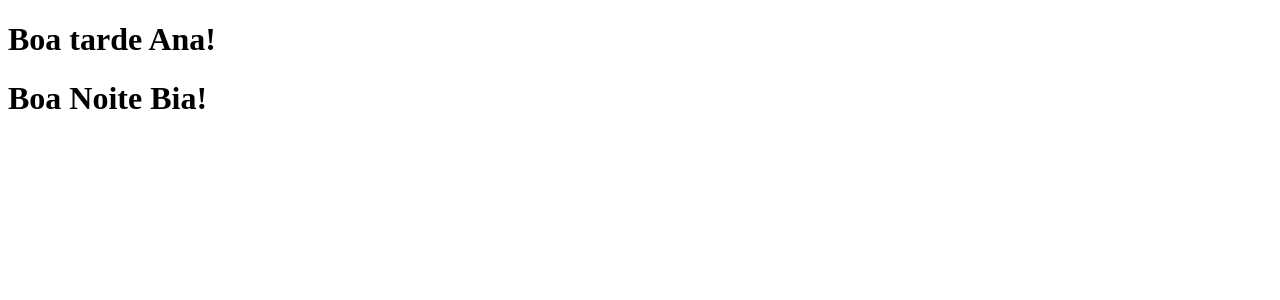
Repository: eversonps/react-fundamentos
Page: / (app in v2/exercicios/)
The author's editor kept a copy of each file at every save. The page is drawn from the files as they stood at one save, then again after a run of saves.
The browser window is 1280 px wide. The pictures show the whole page.
The project was rebuilt for these pictures with package versions that can differ from the ones it lists, and the page was loaded fresh each time.

Above is the page before, as saved 2022-03-21 15:25:24.

### v2/exercicios/src/index.js
import React from "react";
import ReactDOM from "react-dom";

import Multi, {BoaNoite} from "./componentes/Multiplos"

ReactDOM.render(
    <div>
        <Multi.BoaTarde nome="Ana" />
        <BoaNoite nome="Bia" />
    </div>,
    document.getElementById("root")
)

### v2/exercicios/src/componentes/Multiplos.jsx
export const BoaTarde = props => <h1>Boa tarde {props.nome}!</h1>
export const BoaNoite = props => <h1>Boa Noite {props.nome}!</h1>

export default {
    BoaTarde,
    BoaNoite
}

### v2/exercicios/src/componentes/Saudacao.jsx
import React, {Component} from "react";

export default class Saudacao extends Component {
    render(){
        const {tipo, nome} = this.props
        return (
            <div>
                <h1>{tipo} {nome}!</h1>
                <hr />
                <input type="text" placeholder="Tipo..." value={tipo}/>
                <input type="text" placeholder="Nome..." value={nome}/>
            </div>
        )
    }
}

Loaded but not shown: v2/exercicios/public/index.html (common file)

After the next 2 saves:
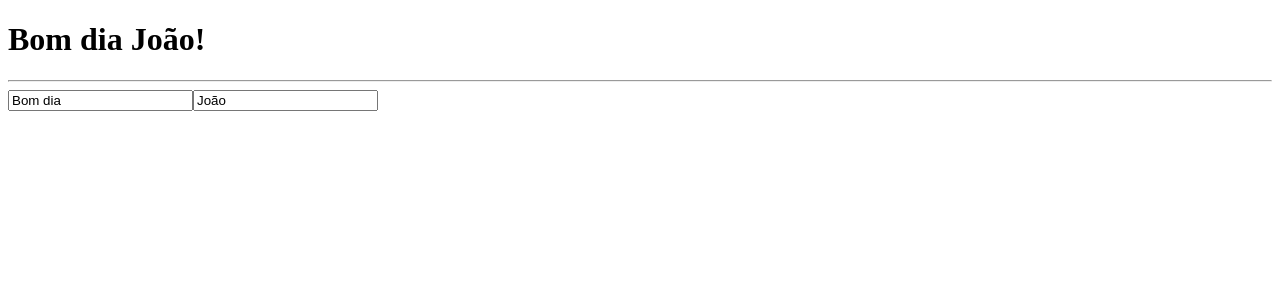
The 2 saves are shown as one change because 1 did not build or start.
The last was saved 74 s later.
--- a/v2/exercicios/src/index.js
+++ b/v2/exercicios/src/index.js
@@ -1,12 +1,11 @@
 import React from "react";
 import ReactDOM from "react-dom";
 
-import Multi, {BoaNoite} from "./componentes/Multiplos"
+import Saudacao from "./componentes/Saudacao"
 
 ReactDOM.render(
     <div>
-        <Multi.BoaTarde nome="Ana" />
-        <BoaNoite nome="Bia" />
+        <Saudacao tipo="Bom dia" nome="João"/>
     </div>,
     document.getElementById("root")
 )
